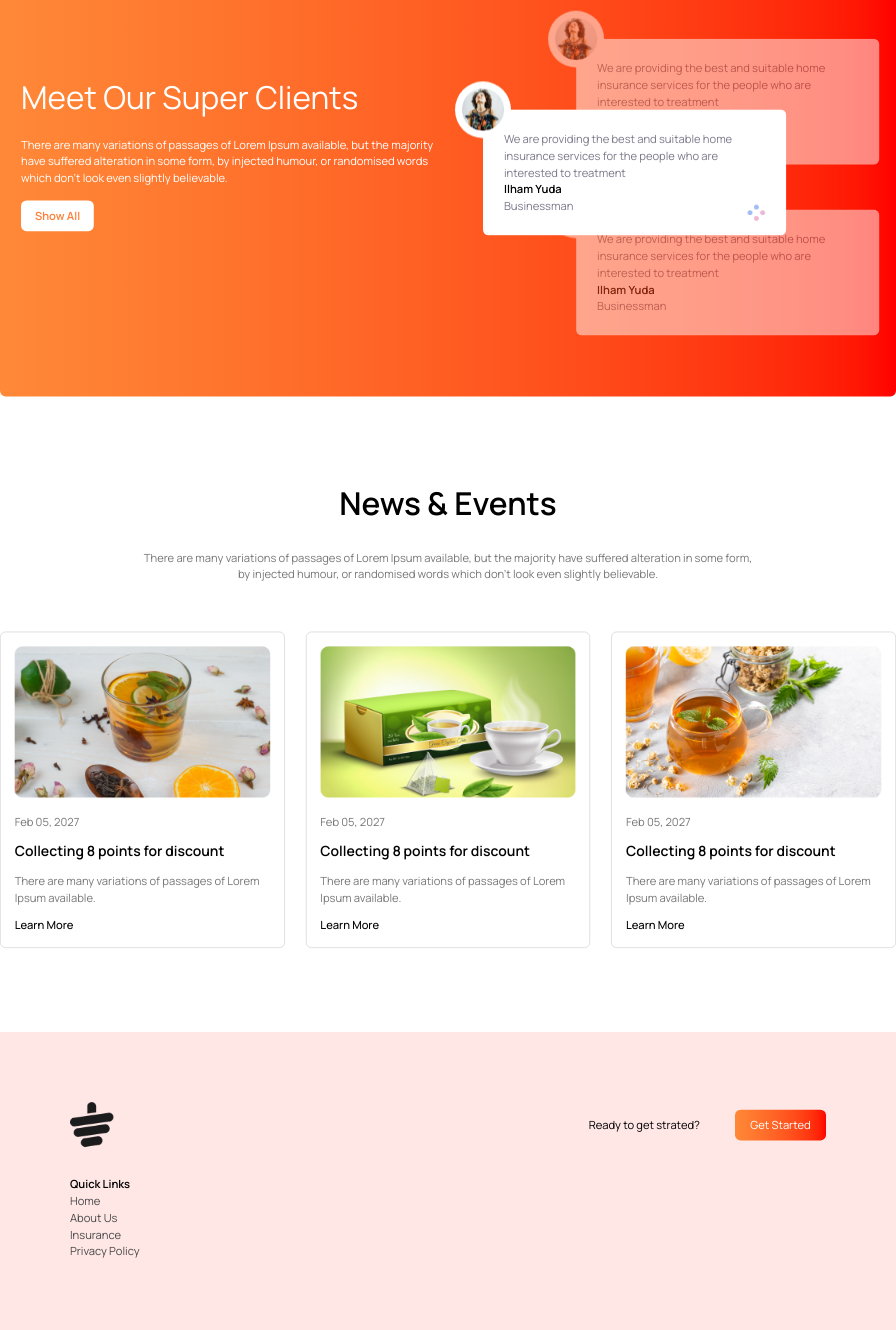
Repository: nahid-hasann/website-9
Page: index.html
These files come from the project's save history. The page is drawn as it stood at one moment and after a run of saves; the edit follows.
The browser window is 1280 px wide. The pictures show the part of the page from y = 2135 to 4055 px (the page is 4035 px tall before and 4055 px after), at 70% of full size.
Some web libraries are served in a nearby version.

Above is the page before, as saved 2025-08-17 21:26:36.

After the next 3 saves:
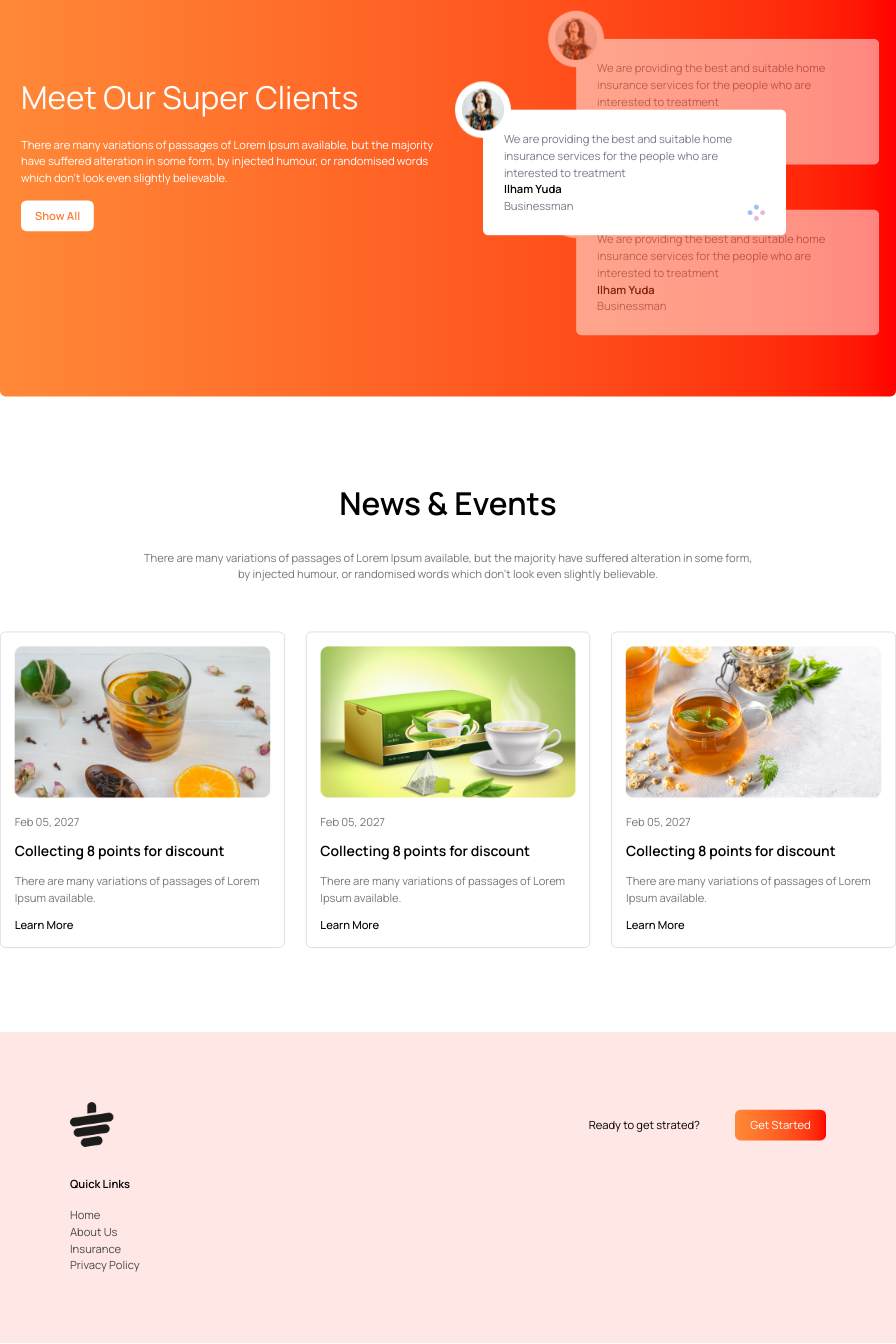
The 3 saves are shown as one change because they came seconds apart.
The last was saved 11 s later.
--- a/style.css
+++ b/style.css
@@ -42,7 +42,9 @@
 }
 
 
-
+.footer-2 ul{
+    margin-top: 20px;
+}
 .footer-2 ul li{
      font-size: 16px;
      color: #494949;
